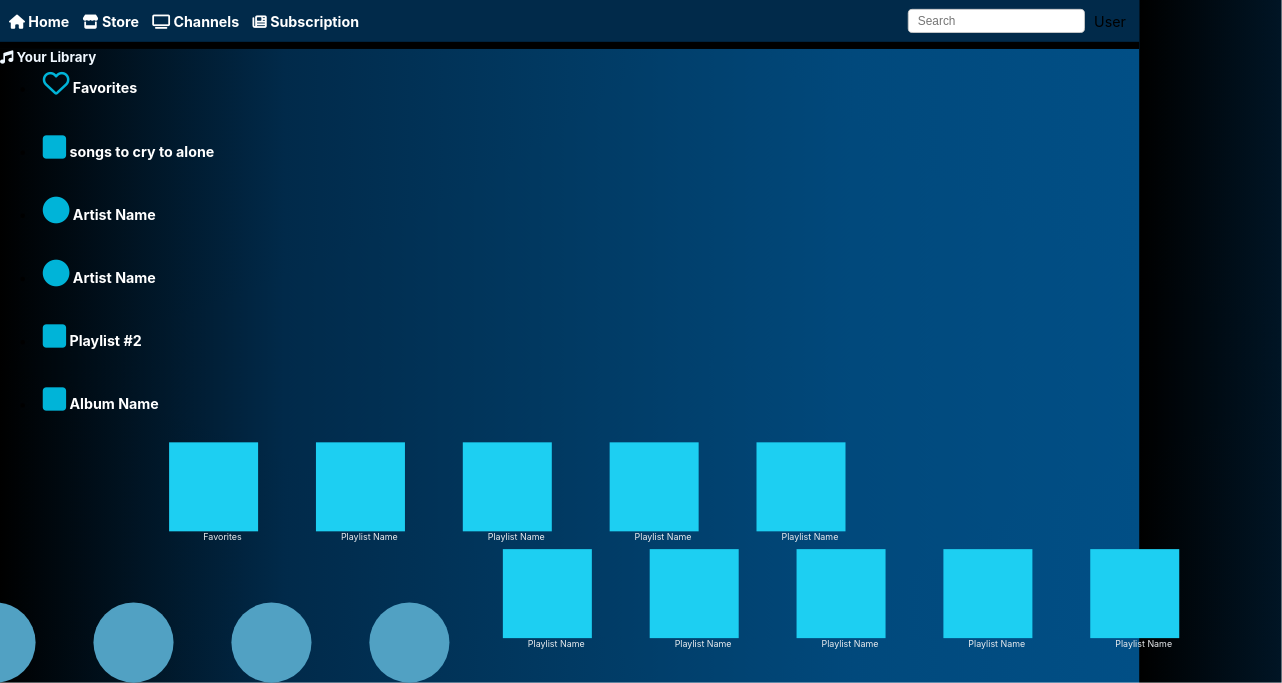
Repository: gordonnrat/group-2-project
Page: / (app in source-code/)
An editor plug-in stored every save of this project. The page is shown before and after the next save, followed by the edit.
The browser window is 1280 px wide. The page is 1440 px wide, then 1280 px, so the pictures cover 1440 px, including what lies to the right of the window. The pictures show the whole page, at 89% of full size.
The project was rebuilt for these pictures with package versions that can differ from the ones it lists, and the page was loaded fresh each time. Also part of the build but not shown: source-code/src/App.css, source-code/src/App.js, source-code/src/components/pages/Login.js.

Above is the page before, as saved 2023-08-01 16:03:51.

### source-code/src/index.js
import React from 'react';
import ReactDOM from 'react-dom';
import './index.css';
import reportWebVitals from './reportWebVitals';
import {
  BrowserRouter as Router,
  Routes,
  Route,
  Link
} from "react-router-dom";

import App from './App';
import Home from './components/pages/Home';
import Login from './components/pages/Login';

ReactDOM.render(
  <React.StrictMode>
    <Router>
      <Routes>
        <Route path="/" element={<Home />} />
        <Route path="/login" element={<Login />} />
        {/* Add more routes here */}
        <Route path="/group-2-project" element={<Link to="/" />} />
      </Routes>
    </Router>
  </React.StrictMode>,
  document.getElementById('root')
);

// If you want to start measuring performance in your app, pass a function
// to log results (for example: reportWebVitals(console.log))
// or send to an analytics endpoint. Learn more: https://bit.ly/CRA-vitals
reportWebVitals();

### source-code/src/index.css
body {
  margin: 0;
  font-family: -apple-system, BlinkMacSystemFont, 'Segoe UI', 'Roboto', 'Oxygen',
    'Ubuntu', 'Cantarell', 'Fira Sans', 'Droid Sans', 'Helvetica Neue',
    sans-serif;
  -webkit-font-smoothing: antialiased;
  -moz-osx-font-smoothing: grayscale;
}

code {
  font-family: source-code-pro, Menlo, Monaco, Consolas, 'Courier New',
    monospace;
}

body {
  background: linear-gradient(0.25turn,black,#012A4A, #013A63, #01497C,#014F86);


}

### source-code/src/components/pages/Home.js
// Home.js

import React from "react";
import { Link } from "react-router-dom";
import Navbar from "../Navbar";
import "./js.css";

function Home() {
  return (
    <div>
      <Navbar />
      <h1 className="top-heading">
        <i className="fas fa-music"></i> Your Library
      </h1>
      <div className="main-container">
        <div className="squares-container">
          {/* Square 1 */}
          <Link to="/favorites">
            <div className="square-container">
              <div className="text">Favorites</div>
              <div className="square square-red"></div>
            </div>
          </Link>

          {/* Square 2 */}
          <Link to="/Playlist">
            <div className="square-container">
              <div className="text">Playlist Name</div>
              <div className="square square-blue"></div>
            </div>
          </Link>

          {/* Square 3 */}
          <Link to="/Playlist">
            <div className="square-container">
              <div className="text">Playlist Name</div>
              <div className="square square-green"></div>
            </div>
          </Link>

          {/* Square 4 */}
          <Link to="/Playlist">
            <div className="square-container">
              <div className="text">Playlist Name</div>
              <div className="square square-orange"></div>
            </div>
          </Link>

          {/* Square 5 */}
          <Link to="/Playlist">
            <div className="square-container">
              <div className="text">Playlist Name</div>
              <div className="square square-purple"></div>
            </div>
          </Link>
        </div>

        <div className="circles-container">
          {/* Circle 1 */}
          <Link to="/Playlist">
            <div className="circle-container">
              <div className="circle"></div>
            </div>
          </Link>

          {/* Circle 2 */}
          <Link to="/Playlist">
            <div className="circle-container">
              <div className="circle"></div>
            </div>
          </Link>

          {/* Circle 3 */}
          <Link to="/Playlist">
            <div className="circle-container">
              <div className="circle"></div>
            </div>
          </Link>

          {/* Circle 4 */}
          <Link to="/Playlist">
            <div className="circle-container">
              <div className="circle"></div>
            </div>
          </Link>

          {/* Circle 5 */}
          <Link to="/Playlist">
            <div className="circle-container">
              <div className="circle"></div>
            </div>
          </Link>

          {/* Square 6 */}
          <Link to="/Playlist">
            <div className="square-container">
              <div className="text">Playlist Name</div>
              <div className="square square-yellow"></div>
            </div>
          </Link>

          {/* Square 7 */}
          <Link to="/Playlist">
            <div className="square-container">
              <div className="text">Playlist Name</div>
              <div className="square square-pink"></div>
            </div>
          </Link>

          {/* Square 8 */}
          <Link to="/Playlist">
            <div className="square-container">
              <div className="text">Playlist Name</div>
              <div className="square square-cyan"></div>
            </div>
          </Link>

          {/* Square 9 */}
          <Link to="/Playlist">
            <div className="square-container">
              <div className="text">Playlist Name</div>
              <div className="square square-gray"></div>
            </div>
          </Link>

          {/* Square 10 */}
          <Link to="/Playlist">
            <div className="square-container">
              <div className="text">Playlist Name</div>
              <div className="square square-brown"></div>
            </div>
          </Link>
        </div>
      </div>
    </div>
  );
}

export default Home;

### source-code/src/components/Navbar.js
import React from "react";
import { Link } from "react-router-dom";
import "./Navbar.css";
import "@fortawesome/fontawesome-free/css/all.min.css";

function Navbar() {
  return (
    <div>
      {/* Main Navbar */}
      <nav className="navbar">
        <ul className="left-nav">
          <li>
            <Link to="/">
              <i className="fas fa-home"></i> Home
            </Link>
          </li>
          <li>
            <Link to="/Store">
              <i className="fas fa-store"></i> Store
            </Link>
          </li>
          <li>
            <Link to="/Channels">
              <i className="fas fa-tv"></i> Channels
            </Link>
          </li>
          <li>
            <Link to="/Subscription">
              <i className="fas fa-newspaper"></i> Subscription
            </Link>
          </li>
        </ul>
        <div className="right-nav">
          <input type="text" placeholder="Search" />
          <div className="user-section">
            {/* Your user-related elements can go here */}
            <span>User</span>
          </div>
        </div>
      </nav>

      {/* Sidebar */}
      <aside className="sidebar">
        {/* Your sidebar content can go here */}
        <ul>
          <li>
            <Link to="/Favorites">
              <i className="far fa-heart"></i> Favorites
            </Link>
          </li>
          <li>
            <Link to="/songs to cry to alone">
              <i className="fas fa-square"></i> songs to cry to alone

            </Link>
          </li>
          {/* Add more sidebar items as needed */}

          <li>
          <Link to="/Artist Name">
              <i className="fas fa-circle"></i> Artist Name
            </Link>
            </li>


            <li>
            <Link to="/Artist Name">
              <i className="fas fa-circle"></i> Artist Name
            </Link>
            </li>

            <li>
            <Link to="/Playlist">
              <i className="fas fa-square"></i> Playlist #2
            </Link>
            </li>
            <li>
            <Link to="/Album Name">
              <i className="fas fa-square"></i> Album Name
            </Link>
            </li>













        </ul>
      </aside>
    </div>
  );
}

export default Navbar;

### source-code/src/components/pages/js.css
/* js.css */

.main-container {
  display: flex;
  flex-direction: column;
  align-items: center;
  justify-content: center;
  margin-top: 20px;
}

.squares-container {
  display: flex;
  justify-content: space-between;
  max-width: 800px;
  margin: 0 auto;
}

.square-container {
  margin-right: 65px;
  position: relative; /* Add this line to create a positioning context */
}

.text {
  position: absolute;
  top: 100px;
  left: 10%;
  font-size: 10px;
  color: rgb(234, 237, 240);
  transform: translateX(-50%);
}

.square {
  width: 100px;
  height: 100px;
  background-color: rgb(29, 207, 242);
  top: -250; /* Move the square to the top */
  left: 50%;
  transform: translateX(-50%);
}

.top-heading {
  position: absolute;
  top: 45px;
  left: 0;
  font-size: 15px;
  color: aliceblue;
}

/* Add styles for the circles */

.circles-container {
  display: flex;
  justify-content: center;
  align-items: flex-start;
  margin-top: 20px;
}

.circle-container {
  margin-right: 155px;
  position: relative;
}

.circle {
  width: 90px;
  height: 90px;
  border-radius: 50%;
  background-color: rgb(81, 161, 195); /* You can set the color for the circles */
  position: absolute;
  top: 60px; /* Adjust the vertical position of the circles below the squares */
  left: 30%; /* Horizontally center the circles */
  transform: translateX(-50%);
}

### source-code/src/components/Navbar.css

/* Navbar.css */

/* Navbar.css */

.navbar {
    background-color: #012A4A;
    padding: 10px;
    display: flex;
    justify-content: space-between;
    align-items: center;

    /* Add border line to the bottom of the navigation bar */
    border-bottom: 8px solid black; /* Replace #fff with your desired border color */
}



.left-nav {
    list-style-type: none;
    margin: 0;
    padding: 0;
    display: flex;
    align-items: center;
}

.left-nav li {
    margin-right: 15px;
}

.left-nav li:last-child {
    margin-right: 0;
}

.left-nav li a {
    text-decoration: none;
    color:white;

    font-size: 16px;
    font-weight: bold;
}

.left-nav li a:hover {
    color: white;
}

.right-nav {
    display: flex;
    align-items: center;
}

.right-nav input[type="text"] {
    padding: 5px 10px;
    border: 1px solid #ccc;
    border-radius: 5px;
    margin-right: 10px;
}

.user-section {
    display: flex;
    align-items: center;
}

.user-section span {
    margin-right: 5px;
}

.user-section img {
    width: 30px;
    height: 30px;
    border-radius: 50%;
}




  .sidebar li a {
    display: block;
    padding: 8px;
    color: white;
    text-decoration: none;
    position: relative;
  }

  .sidebar li {
    margin-bottom: 25px; /* Add space between each sidebar item */
  }

  .sidebar li a i {
    font-size: 30px;
    color: #00B4D8;
    position: relative;
    z-index: 2; /* Set z-index to place the icons in front of the border line */
  }


  .sidebar li a {
    text-decoration: none;
    color: white;
    font-size: 16px;
    font-weight: bold;
}

Loaded but not shown: source-code/public/index.html (common file); source-code/src/reportWebVitals.js (common file)

After the next save:
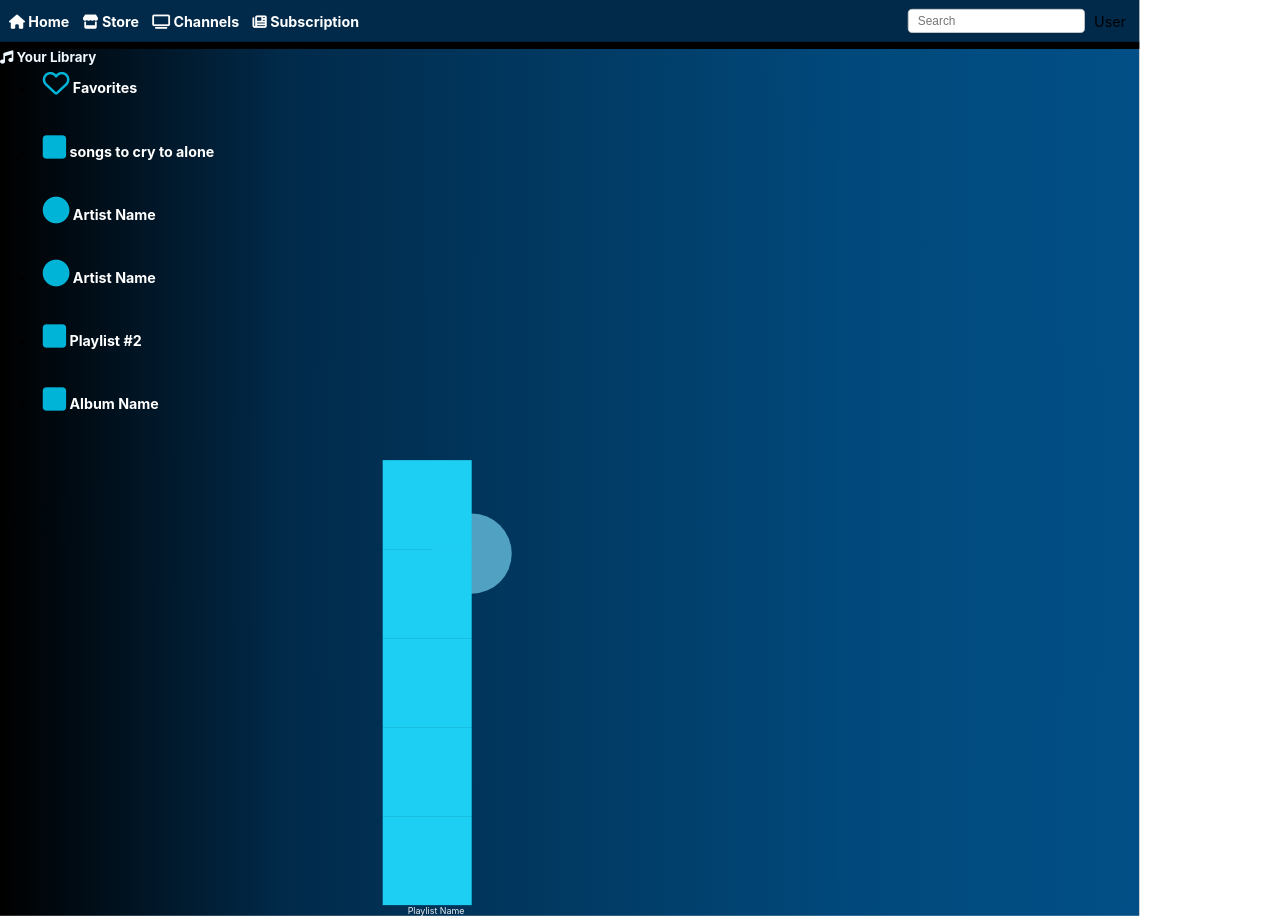
Saved 42 s later.
--- a/source-code/src/components/pages/Home.js
+++ b/source-code/src/components/pages/Home.js
@@ -13,123 +13,52 @@ function Home() {
         <i className="fas fa-music"></i> Your Library
       </h1>
       <div className="main-container">
-        <div className="squares-container">
-          {/* Square 1 */}
-          <Link to="/favorites">
-            <div className="square-container">
-              <div className="text">Favorites</div>
-              <div className="square square-red"></div>
-            </div>
-          </Link>
-
-          {/* Square 2 */}
-          <Link to="/Playlist">
-            <div className="square-container">
-              <div className="text">Playlist Name</div>
-              <div className="square square-blue"></div>
-            </div>
-          </Link>
-
-          {/* Square 3 */}
-          <Link to="/Playlist">
-            <div className="square-container">
-              <div className="text">Playlist Name</div>
-              <div className="square square-green"></div>
-            </div>
-          </Link>
-
-          {/* Square 4 */}
-          <Link to="/Playlist">
-            <div className="square-container">
-              <div className="text">Playlist Name</div>
-              <div className="square square-orange"></div>
-            </div>
-          </Link>
-
-          {/* Square 5 */}
-          <Link to="/Playlist">
-            <div className="square-container">
-              <div className="text">Playlist Name</div>
-              <div className="square square-purple"></div>
-            </div>
-          </Link>
-        </div>
-
         <div className="circles-container">
           {/* Circle 1 */}
-          <Link to="/Playlist">
-            <div className="circle-container">
-              <div className="circle"></div>
-            </div>
-          </Link>
+          <div className="circle-container">
+            <div className="circle"></div>
+            {/* Square 1 */}
+            <Link to="/Playlist">
+              <div className="square-container">
+                <div className="text">Playlist Name</div>
+                <div className="square square-yellow"></div>
+              </div>
+            </Link>
+            {/* Square 2 */}
+            <Link to="/Playlist">
+              <div className="square-container">
+                <div className="text">Playlist Name</div>
+                <div className="square square-pink"></div>
+              </div>
+            </Link>
+            {/* Square 3 */}
+            <Link to="/Playlist">
+              <div className="square-container">
+                <div className="text">Playlist Name</div>
+                <div className="square square-cyan"></div>
+              </div>
+            </Link>
+            {/* Square 4 */}
+            <Link to="/Playlist">
+              <div className="square-container">
+                <div className="text">Playlist Name</div>
+                <div className="square square-gray"></div>
+              </div>
+            </Link>
+            {/* Square 5 */}
+            <Link to="/Playlist">
+              <div className="square-container">
+                <div className="text">Playlist Name</div>
+                <div className="square square-brown"></div>
+              </div>
+            </Link>
+          </div>
 
+          {/* Repeat the same structure for other circles */}
           {/* Circle 2 */}
-          <Link to="/Playlist">
-            <div className="circle-container">
-              <div className="circle"></div>
-            </div>
-          </Link>
-
           {/* Circle 3 */}
-          <Link to="/Playlist">
-            <div className="circle-container">
-              <div className="circle"></div>
-            </div>
-          </Link>
-
           {/* Circle 4 */}
-          <Link to="/Playlist">
-            <div className="circle-container">
-              <div className="circle"></div>
-            </div>
-          </Link>
-
           {/* Circle 5 */}
-          <Link to="/Playlist">
-            <div className="circle-container">
-              <div className="circle"></div>
-            </div>
-          </Link>
-
-          {/* Square 6 */}
-          <Link to="/Playlist">
-            <div className="square-container">
-              <div className="text">Playlist Name</div>
-              <div className="square square-yellow"></div>
-            </div>
-          </Link>
-
-          {/* Square 7 */}
-          <Link to="/Playlist">
-            <div className="square-container">
-              <div className="text">Playlist Name</div>
-              <div className="square square-pink"></div>
-            </div>
-          </Link>
-
-          {/* Square 8 */}
-          <Link to="/Playlist">
-            <div className="square-container">
-              <div className="text">Playlist Name</div>
-              <div className="square square-cyan"></div>
-            </div>
-          </Link>
-
-          {/* Square 9 */}
-          <Link to="/Playlist">
-            <div className="square-container">
-              <div className="text">Playlist Name</div>
-              <div className="square square-gray"></div>
-            </div>
-          </Link>
-
-          {/* Square 10 */}
-          <Link to="/Playlist">
-            <div className="square-container">
-              <div className="text">Playlist Name</div>
-              <div className="square square-brown"></div>
-            </div>
-          </Link>
         </div>
       </div>
     </div>
